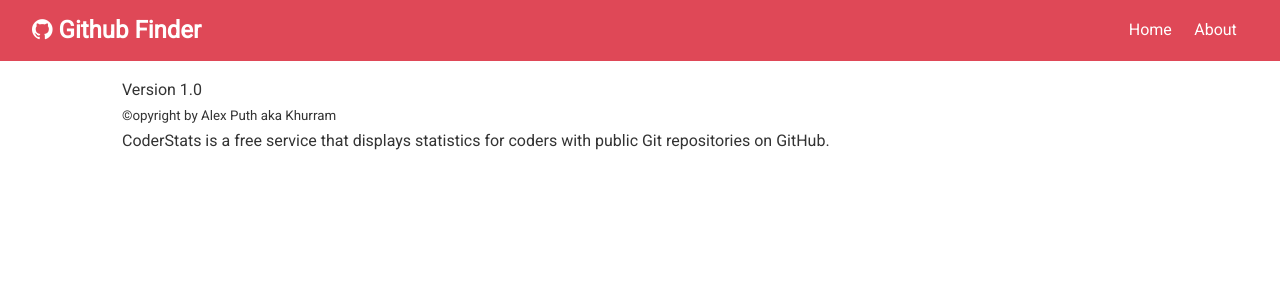
Repository: Abbaskhurram255/github-finder
Page: /about
An editor plug-in stored every save of this project. The page is shown before and after the next save, followed by the edit.
The browser window is 1280 px wide. The pictures show the whole page.
The page's requests for data from a server got no answer. The project was rebuilt for these pictures with package versions that can differ from the ones it lists, and the page was loaded fresh each time. No one was signed in, and anything a server would have sent is missing. Also part of the build but not shown: src/components/repos/RepoItem.js, src/components/repos/Repos.js, src/components/users/User.js, src/components/layout/Alert.js, src/components/users/Search.js, src/components/users/UserItem.js, src/components/users/Users.js, src/components/pages/Home.js and 1 more. Imported but missing from the stored project, and not drawn on this page: src/components/layout/Spinner.

Above is the page before, as saved 2020-12-19 22:06:26.

### public/index.html
<!DOCTYPE html>
<html lang="en">
  <head>
    <meta charset="utf-8" />
    <link rel="icon" href="%PUBLIC_URL%/favicon.ico" />
    <meta name="viewport" content="width=device-width, initial-scale=1" />
    <meta name="theme-color" content="#000000" />
    <meta
      name="description"
      content="Web site created using create-react-app"
    />
    <link rel="apple-touch-icon" href="%PUBLIC_URL%/logo192.png" />
    <link rel="manifest" href="%PUBLIC_URL%/manifest.json" />
    <link
      href="https://stackpath.bootstrapcdn.com/font-awesome/4.7.0/css/font-awesome.min.css"
      rel="stylesheet"
      integrity="sha384-wvfXpqpZZVQGK6TAh5PVlGOfQNHSoD2xbE+QkPxCAFlNEevoEH3Sl0sibVcOQVnN"
      crossorigin="anonymous"
    />
    <title>GitHub Finder</title>
  </head>
  <body>
    <noscript>You need to enable JavaScript to run this app.</noscript>
    <div id="root"></div>
  </body>
</html>

### src/App.js
import React, { useState } from 'react';
import { BrowserRouter as Router, Switch, Route } from 'react-router-dom';
import Navbar from './components/layout/Navbar';
import User from './components/users/User';
import Alert from './components/layout/Alert';
import Home from './components/pages/Home';
import NotFound from './components/pages/NotFound';
import About from './components/pages/About';

import GithubState from './context/github/GithubState';
import AlertState from './context/alert/AlertState';

import './App.css';

const App = () => {
  useState(null);

  return (
    <GithubState>
      <AlertState>
        <Router>
          <div className="app">
            <Navbar title="Github Finder" icon="fa fa-github" />
            <div className="container">
              <Alert />
              <Switch>
                <Route exact path="/" component={Home} />
                <Route exact path="/about" component={About} />
                <Route exact path="/user/:login" component={User} />
                <Route component={NotFound} />
              </Switch>
            </div>
          </div>
        </Router>
      </AlertState>
    </GithubState>
  );
};

export default App;

### src/components/layout/Navbar.js
import React from 'react';
import PropTypes from 'prop-types';
import { Link } from 'react-router-dom';

const Navbar = ({ icon, title }) => {
  return (
    <nav className="navbar bg-primary">
      <h1>
        <i className={icon} aria-hidden="true"></i> {title}
      </h1>
      <ul>
        <li>
          <Link to="/">Home</Link>
        </li>
        <li>
          <Link to="/about">About</Link>
        </li>
      </ul>
    </nav>
  );
};

Navbar.defaultProps = {
  title: 'Github Finder',
  icon: 'fa fa-github'
};

Navbar.propTypes = {
  title: PropTypes.string.isRequired,
  icon: PropTypes.string.isRequired
};

export default Navbar;

### src/components/pages/About.js
import React, { Fragment } from 'react';

const About = () => {
  return (
    <Fragment>
      <p>Version 1.0</p>
      <small id='ab'>&copy;opyright by Alex Puth aka Khurram</small><br />
      CoderStats is a free service that displays statistics for coders with public Git repositories on GitHub.
    </Fragment>
  );
};

export default About;

### src/context/github/GithubState.js
import React, { useReducer } from 'react';
import axios from 'axios';
import GithubContext from './githubContext';
import GithubReducer from './githubReducer';
import {
  SEARCH_USERS,
  SET_LOADING,
  CLEAR_USERS,
  GET_USER,
  GET_REPOS
} from '../types';

let githubClientId;
let githubClientSecret;

if (process.env.NODE_ENV !== 'production') {
  githubClientId = process.env.REACT_APP_GITHUB_CLIENT_ID;
  githubClientSecret = process.REACT_APP_GITHUB_CLIENT_SECRET;
} else {
  githubClientId = process.env.GITHUB_CLIENT_ID;
  githubClientSecret = process.GITHUB_CLIENT_SECRET;
}

const GithubState = props => {
  const initialState = {
    users: [],
    user: {},
    repos: [],
    loading: false
  };

  const [state, dispatch] = useReducer(GithubReducer, initialState);
  // Search Users
  const searchUsers = async text => {
    setLoading();

    const res = await axios.get(
      `https://api.github.com/search/users?q=${text}&client_id=${githubClientId}&client_secret=${githubClientSecret})`
    );

    dispatch({
      type: SEARCH_USERS,
      payload: res.data.items
    });
  };

  // Get User
  const getUser = async username => {
    setLoading();

    const res = await axios.get(
      `https://api.github.com/users/${username}?client_id=${githubClientId}&client_secret=${githubClientSecret})`
    );

    dispatch({
      type: GET_USER,
      payload: res.data
    });
  };

  // Get Repos
  const getUserRepos = async username => {
    setLoading();

    const res = await axios.get(
      `https://api.github.com/users/${username}/repos?per_page=5&sort=created:asc&client_id=${githubClientId}&client_secret=${githubClientSecret})`
    );

    dispatch({
      type: GET_REPOS,
      payload: res.data
    });
  };

  // Clear Users
  const clearUsers = () =>
    dispatch({
      type: CLEAR_USERS
    });

  // Set Loading
  const setLoading = () => dispatch({ type: SET_LOADING });

  return (
    <GithubContext.Provider
      value={{
        users: state.users,
        user: state.user,
        repos: state.repos,
        loading: state.loading,
        searchUsers,
        clearUsers,
        getUser,
        getUserRepos
      }}
    >
      {props.children}
    </GithubContext.Provider>
  );
};

export default GithubState;

### src/context/alert/AlertState.js
import React, { useReducer } from 'react';

import AlertContext from './alertContext';
import AlertReducer from './alertReducer';
import { SET_ALERT, REMOVE_ALERT } from '../types';

const AlertState = props => {
  const initialState = null;

  const [state, dispatch] = useReducer(AlertReducer, initialState);

  // Set Alert
  const setAlert = (msg, type) => {
    dispatch({
      type: SET_ALERT,
      payload: { msg, type }
    });

    setTimeout(() => dispatch({ type: REMOVE_ALERT }), 5000);
  };

  return (
    <AlertContext.Provider
      value={{
        alert: state,
        setAlert
      }}
    >
      {props.children}
    </AlertContext.Provider>
  );
};

export default AlertState;

### src/context/github/githubReducer.js
import {
  SEARCH_USERS,
  SET_LOADING,
  CLEAR_USERS,
  GET_USER,
  GET_REPOS
} from '../types';

export default (state, action) => {
  switch (action.type) {
    case SEARCH_USERS:
      return {
        ...state,
        users: action.payload,
        loading: false
      };
    case GET_USER:
      return {
        ...state,
        user: action.payload,
        loading: false
      };
    case CLEAR_USERS:
      return {
        ...state,
        users: [],
        loading: false
      };
    case GET_REPOS:
      return {
        ...state,
        repos: action.payload,
        loading: false
      };
    case SET_LOADING:
      return {
        ...state,
        loading: true
      };
    default:
      return state;
  }
};

Loaded but not shown: src/index.js (common file); src/App.css (common file); src/context/github/githubContext.js (common file); src/context/alert/alertContext.js (common file); src/context/types.js (common file); src/context/alert/alertReducer.js (common file)

After the next save:
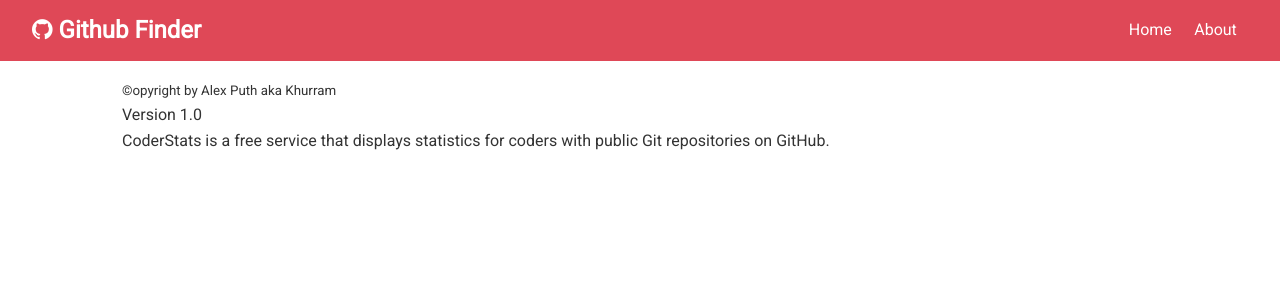
Saved 30 s later.
--- a/src/components/pages/About.js
+++ b/src/components/pages/About.js
@@ -3,8 +3,8 @@
 const About = () => {
   return (
     <Fragment>
+      <small id='ab'>&copy;opyright by Alex Puth aka Khurram</small><br />
       <p>Version 1.0</p>
-      <small id='ab'>&copy;opyright by Alex Puth aka Khurram</small><br />
       CoderStats is a free service that displays statistics for coders with public Git repositories on GitHub.
     </Fragment>
   );
